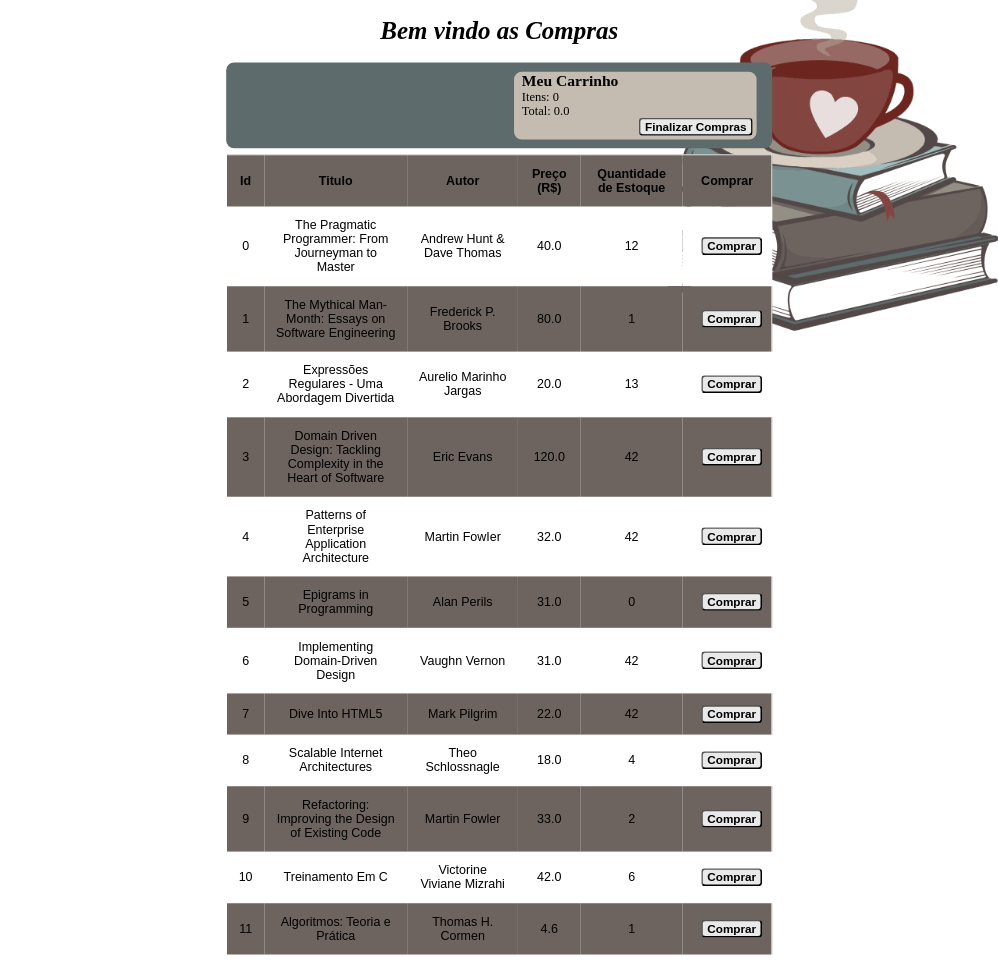
Repository: gabriellacrystina/ProjetoTegra
Page: http://localhost/book-store/Produtos
The author's editor kept a copy of each file at every save. The page is drawn from the files as they stood at one save, then again after the next save.
The browser window is 1280 px wide. The pictures show the whole page, at 78% of full size.
Backgrounds fixed to the window are drawn as part of the page. The page is served by Tomcat 9. Other server files are loaded and not shown.

Above is the page before, as saved 2016-07-05 00:21:03.

### book-store/WebContent/index.jsp
<%@ page language="java" contentType="text/html; charset=UTF-8"
    pageEncoding="UTF-8"%>
<%@ page import="model.Produto" %>
<%@ page import="model.Item" %>
<%@ page import="java.util.ArrayList" %>
<%@ page import="java.util.List" %>

<!DOCTYPE html PUBLIC "-//W3C//DTD HTML 4.01 Transitional//EN" "http://www.w3.org/TR/html4/loose.dtd">
<html>
	<head>
		<meta http-equiv="Content-Type" content="text/html; charset=UTF-8">
		<link rel="stylesheet" type="text/css" href="book_store_stile.css">
		<script src="controle-compra.js"></script>
		<title>BookStore</title>
	</head>
	<body>

		<div class="cabecalho">
			<h1>Bem vindo as Compras</h1>
		</div>
		<form action="Produtos" method="post">
		<%

				List<Produto> produtos = (ArrayList<Produto>) session.getAttribute("listaProdutos");
				ArrayList<Item> livrosEscolhidos = (ArrayList<Item>)session.getAttribute("listaItens");
				int quantidade = 0;
				double total = 0;
				if(livrosEscolhidos == null){
					quantidade = 0;
					total = 0;
				}else{
					for(Item i: livrosEscolhidos){
						quantidade = i.getQuantidade();
						total = i.getProduto().getPreco() * quantidade;
					}
				}
			%>
			<div class="meu-carrinho">
				<div class="carrinho">
					<label id="meu-carrinho">Meu Carrinho</label><br>
					Itens: <label class="lbl-itens" id="qtde-itens" /><%=quantidade%><br>
					Total: <label class="lbl-total" id="total" /><%=total%><br>
					<button class="btn" id="btn-finalizar-compra" onclick="validaCarrinho()">Finalizar Compras</button>
				</div>
			</div>

			<table id="tbl-books">
			  <tr>
			  	<th class="id-livro">Id</th>
			    <th>Titulo</th>
			    <th>Autor</th>
			    <th>Preço (R$)</th>
			    <th>Quantidade de Estoque</th>
			    <th>Comprar</th>
			  </tr>
			  <%
			  	for(Produto p: produtos){
		  		%>
		  			<tr class="livros">
		  				<td class="id-livro"><%= p.getId() %></td>
						<td class="nome-livro"><%= p.getTitulo() %></td>
						<td class="nome-autor"><%= p.getAutor() %></td>
						<td class="preco"><%= p.getPreco() %></td>
						<td class="estoque"><%= p.getEstoque() %></td>
						<td>
							<form action="Produtos" method="post" name="produtos" >
								<input type="hidden" name="id-livro" value="<%= p.getId() %>">
								<input class="btn" id="btn-comprar" type="submit" name="submit" value="Comprar" ></input>
							</form>

						</td>
					</tr>
		  		<%
			  	}
			  %>
			</table>
		</form>
	</body>
</html>

### book-store/src/servlet/BuscaProdutos.java
package servlet;

import java.io.IOException;

import javax.servlet.ServletException;
import javax.servlet.annotation.WebServlet;
import javax.servlet.http.HttpServlet;
import javax.servlet.http.HttpServletRequest;
import javax.servlet.http.HttpServletResponse;
import javax.servlet.http.HttpSession;

import java.util.ArrayList;
import java.util.List;

import model.Item;
import model.Produto;
import dao.ProdutoDAO;

/**
 * Servlet implementation class BuscaProdutos
 * Classe responsavel por gerar uma lista estatica de produtos;
 * E ainda montar uma lista de livros escolhidos pelo o usuário.
 *
 */
@WebServlet("/Produtos")
public class BuscaProdutos extends HttpServlet {
	private static final long serialVersionUID = 1L;

    /**
     * @see HttpServlet#HttpServlet()
     */
    public BuscaProdutos() {
        super();
        // TODO Auto-generated constructor stub
    }

	/**
	 * @see HttpServlet#doGet(HttpServletRequest request, HttpServletResponse response)
	 */
	protected void doGet(HttpServletRequest request, HttpServletResponse response) throws ServletException, IOException {

		HttpSession sessao = request.getSession();

		//Gerando lista estatica.
		List<Produto> produtos = new ProdutoDAO().getListaProdutos();

		//colocando na sessao a lista de produtos
		sessao.setAttribute("listaProdutos", produtos);

		//redirecionar pro index.
		request.getRequestDispatcher("index.jsp").forward(request, response);
	}

	/**
	 * @see HttpServlet#doPost(HttpServletRequest request, HttpServletResponse response)
	 */
	protected void doPost(HttpServletRequest request, HttpServletResponse response) throws ServletException, IOException {
		HttpSession sessao = request.getSession();
		Item item = new Item();
		Produto produto;
		double subtotal = 0, total=0;
		Integer indice, quantidade=0, qtdeLivros=0;
		Item itemEncontrado = null;

		//captura Lista de Produtos e LivrosEscolhidos da sessao.
		List<Produto> produtos = (ArrayList<Produto>) sessao.getAttribute("listaProdutos");
		ArrayList<Item> livrosEscolhidos = (ArrayList<Item>) sessao.getAttribute("listaItens");

		if(livrosEscolhidos == null){
			livrosEscolhidos = new ArrayList<Item>();
			sessao.setAttribute("listaItens", livrosEscolhidos);
		}

		//Indice do livro
		indice = Integer.parseInt(request.getParameter("id-livro"));
		produto = produtos.get(indice);

		if(produto.contemEstoqueDisponivel()){
			/**Montando um item para adicionar em livrosEscolhidos.**/
			//Se a lista estiver vazia
			if(livrosEscolhidos.isEmpty()){
				//add item
				item.setProduto(produto);

				quantidade = item.getQuantidade() + 1;
				item.setQuantidade(quantidade);

				subtotal = quantidade * produto.getPreco();
				item.setSubtotal(subtotal);

				livrosEscolhidos.add(item);

				produto.atualizaEstoqueVenda();
			}else{
				//Senao percorre a lista
				for(int i=0; i<livrosEscolhidos.size(); i++){
					//verifica se o item a ser adicionado já existe na lista de livros Escolhidos
					if(produto.getTitulo().equals(livrosEscolhidos.get(i).getProduto().getTitulo())){
						itemEncontrado = livrosEscolhidos.get(i);
					}
				}
				//item já existe na lista?
				if(itemEncontrado != null){
					//atualiza a quantidade e o subtotal deste item
					itemEncontrado.adicionarQuantidade();

					itemEncontrado.adicionarSubtotal(produto.getPreco());

					produto.atualizaEstoqueVenda();
				}else{
					//senao adiciona um novo item na lista
					item.setProduto(produto);

					quantidade = item.getQuantidade() + 1;
					item.setQuantidade(quantidade);

					subtotal = quantidade * produto.getPreco();
					item.setSubtotal(subtotal);

					livrosEscolhidos.add(item);

					produto.atualizaEstoqueVenda();
				}
			}
		}

		//Total de livros e valor correspondente
		if( livrosEscolhidos != null){
			for(Item i: livrosEscolhidos){
				qtdeLivros = qtdeLivros + i.getQuantidade();
				total = total +  i.getProduto().getPreco() * i.getQuantidade();
			}
		}

		sessao.setAttribute("qtdeLivros", qtdeLivros);
		sessao.setAttribute("total", total);
		request.getRequestDispatcher("index.jsp").forward(request, response);
	}
}

### book-store/src/dao/ProdutoDAO.java
package dao;

import java.util.ArrayList;
import java.util.List;

import model.Produto;

/**
 * Produto(Data Object Access)
 *
 * Classe que simula acesso ao banco de dados
 */

public class ProdutoDAO {

	private final static List<Produto> listaProdutos = new ArrayList<>();

	static{
		adicionaProduto(new Produto("The Pragmatic Programmer: From Journeyman to Master", "Andrew Hunt & Dave Thomas", 40.00, 12));
		adicionaProduto(new Produto("The Mythical Man-Month: Essays on Software Engineering", "Frederick P. Brooks", 80.00, 1));
		adicionaProduto(new Produto("Expressões Regulares - Uma Abordagem Divertida", "Aurelio Marinho Jargas",20.00 ,13 ));
		adicionaProduto(new Produto("Domain Driven Design: Tackling Complexity in the Heart of Software", "Eric Evans", 120.00, 42));
		adicionaProduto(new Produto("Patterns of Enterprise Application Architecture", "Martin FowIer", 32.00, 42));
		adicionaProduto(new Produto("Epigrams in Programming", "Alan Perils", 31.00, 0));
		adicionaProduto(new Produto("Implementing Domain-Driven Design", "Vaughn Vernon", 31.00, 42));
		adicionaProduto(new Produto("Dive Into HTML5", "Mark Pilgrim", 22.00, 42));
		adicionaProduto(new Produto("Scalable Internet Architectures", "Theo Schlossnagle", 18.00, 4));
		adicionaProduto(new Produto("Refactoring: Improving the Design of Existing Code", "Martin Fowler", 33.00, 2));
		adicionaProduto(new Produto("Treinamento Em C", "Victorine Viviane Mizrahi", 42.00, 6));
		adicionaProduto(new Produto("Algoritmos: Teoria e Prática", "Thomas H. Cormen", 4.60, 1));
	}


	//Metodo que gera id automático e adiciona um produto na lista.
	private static void adicionaProduto(Produto produto){
		int id = listaProdutos.size();
		produto.setId(id);
		listaProdutos.add(produto);
	}

	public List<Produto> getListaProdutos(){
		return listaProdutos;
	}
}

### book-store/src/model/Produto.java
package model;

public class Produto {

	private int id;
	private String titulo;
	private String autor;
	private Double preco;
	private int estoque;

	public Produto(String titulo, String autor, Double preco, int estoque) {
		this.titulo = titulo;
		this.autor = autor;
		this.preco = preco;
		this.estoque = estoque;
	}

	public int getId(){
		return id;
	}

	public void setId(int id){
		this.id = id;
	}

	public String getTitulo() {
		return titulo;
	}

	public String getAutor() {
		return autor;
	}

	public Double getPreco() {
		return preco;
	}

	public int getEstoque() {
		return estoque;
	}

	public void atualizaEstoqueVenda(){
		this.estoque -= 1;
	}

	public void atualizaEstoqueDevolucao(){
		this.estoque += 1;
	}
}

### book-store/WebContent/book_store_stile.css
@CHARSET "ISO-8859-1";

body {
	background-image: url("teste.png");
	background-repeat: no-repeat;
	background-position: right top;
	background-attachment: fixed;
    width: 700px;
    margin-left: auto;
	margin-right: auto;
}

h1 {
	font-style: oblique;
	text-align: center;
    color: #000000;
}

#tbl-books {
	width: 100%;
	font-family: "Arial", "Helvetica", sans-serif;
	border: 1px solid #ffffff;
    border-collapse: collapse;

}

#tbl-books tr:nth-child(even){
	background-color: #FFFFFF
}

#tbl-books tr:nth-child(odd){
	background-color: #6D6460;

}

th, td {
    padding: 15px;
    text-align: center;
}

.meu-carrinho{
	width: 100%;
	height: 110px;
	border-radius: 10px;
    padding: 12px 20px;
    margin: 8px 0;
    box-sizing: border-box;
	background-color: #5D6B6C;
	margin-left: auto;
	margin-right: auto;
}
.carrinho{
	float: right;
	background-color: #c4bcb0;
	border-radius: 10px;
	padding-left: 10px;
	padding-bottom: 5px;
	margin-left: auto;
	margin-right: auto;
}

#meu-carrinho{
	font-size: 20px;
	font-weight: bold;
}

.btn {
	font-family: "Arial", "Helvetica", sans-serif;
	border-radius: 5px;
	font-size: 15px;
	font-weight: bold;
	margin-left: 150px;
	margin-right: 5px;
	background-color: #e9e9e9;
}

#btn-comprar{
	margin-left: 10%;
}

### book-store/WebContent/controle-compra.js
/**
 * Controle de Compra. Arquivo que valida dados do arquivo index.jsp
 */

//capturando a lista de objetos pacientes da tabela
var trLivros = document.getElementsByClassName("livros");

for(var i=0; i < trLivros.length; i++ ){
	var livroTr = trLivros[i];

	var tdId = livroTr.getElementsByClassName("id-livro");
	var tdNomeLivro = livroTr.getElementsByClassName("nome-livro");
	var tdNomeAutor = livroTr.getElementsByClassName("nome-autor");
	var tdPreco =livroTr.getElementsByClassName("preco");
	var tdEstoque = livroTr.getElementsByClassName("estoque");

	var LivroAtual = {
		id : tdId.textContent,
		nomeLivro : tdNomeLivro.textContent,
		nomeAutor : tdNomeAutor.textContent,
		preco : tdPreco.textContent,
		estoque : tdEstoque.textContent,
		validaEstoque : function(){
			if(this.estoque == 0){
				alert("Produto indisponível em estoque!!");
			}
		}
	}
}


function validaCarrinho(){
	var qtdeItens = document.getElementById("qtde-itens").textContent;

	if(qtdeItens == 0){
		alert("Não há itens no carrinho!!");
	}
}

After the next save:
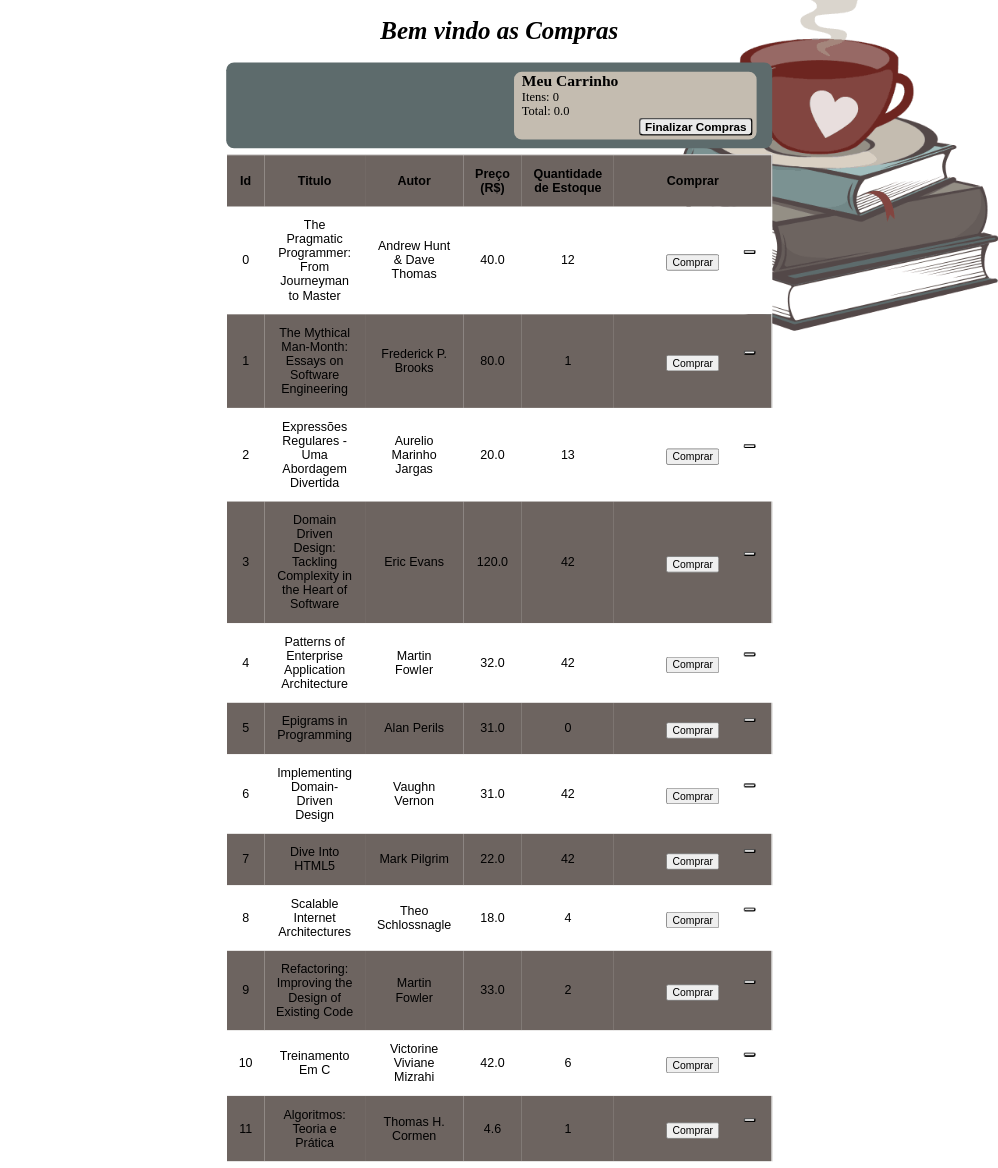
Saved 81 s later.
--- a/book-store/WebContent/index.jsp
+++ b/book-store/WebContent/index.jsp
@@ -65,7 +65,8 @@
 						<td>
 							<form action="Produtos" method="post" name="produtos" >
 								<input type="hidden" name="id-livro" value="<%= p.getId() %>">
-								<input class="btn" id="btn-comprar" type="submit" name="submit" value="Comprar" ></input>
+								<button class="btn btn-comprar" type="submit" ></button>
+								<input  type="submit" name="submit" value="Comprar" ></input>
 							</form>
 
 						</td>
